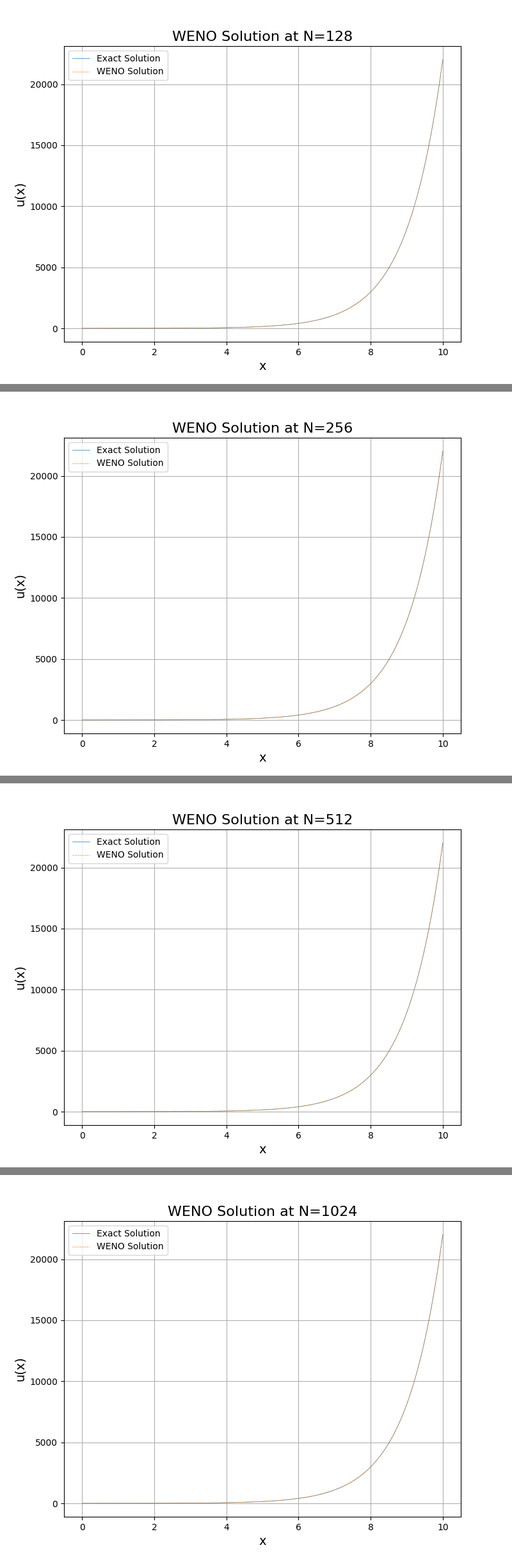
Repository: mishiroo/WENO
Script's output: python main.py
The author's editor kept a copy of each file at every save. The script's output is drawn from the files as they stood at one save, then again after the next save.
The pictures are shown at 64% of full size.
Each picture stacks the figures in order, with grey between them; figures that are only written to a file come last. Random numbers start from a fixed seed.

Above is the script's output before, as saved 2024-12-12 21:18:23.

### main.py
import WENO
import ErrorAnalysis as EA
import numpy as np

# 计算误差阶
# N: Num of cells 网格密度太大 机器误差会影响收敛
NList = [128, 256, 512, 1024]
# 存储计算结果
l2_err_list = []
linf_err_list = []
solution_list = []

for n in NList:
    mesh = WENO.Mesh(0, 10, n)  # 实例化的Mesh mesh.mesh访问网格本身
    mesh.SetTestAverageValues()
    theo_values = np.exp(mesh.mesh)
    weno = WENO.WENO1D(mesh=mesh.mesh, avg_values=mesh.avg_values, k=3)

    # weno5_solution = weno.Reconstruct()
    # 模板为5的计算结果
    # weno5_solution = weno.StencilReconstruct_all()
    weno.Reconstruct()
    # 处理边界条件
    weno.BoundaryTreatment(theo_values)
    weno5_solution = weno._solution

    # 统计误差
    linf_err_list.append(EA.LinfError(theo_values, weno5_solution))
    l2_err_list.append(EA.L2Error(theo_values, weno5_solution))
    solution_list.append(weno5_solution)
    # 绘图
    EA.Draw(mesh.mesh, theo_values, weno5_solution)

# np.save("k=5加权结果.npy", solution_list[0])

EA.SaveError("WENO5Error.xlsx", NList, l2_err_list, linf_err_list)

### WENO.py
import tqdm
import numpy as np
from typing import List


# 1D dimension
class WENO1D:

    def __init__(self, mesh: np.ndarray, avg_values: np.ndarray, k: int = 5) -> None:
        """初始化WENO类

        Args:
            mesh (np.ndarray): 网格剖分[lb,...ub]
            avg_values (np.ndarray): 网格剖分[lb,...ub]
            k (int, optional): 模板长度. Defaults to 3.
            Supported k=1, 2, 3, 5
        """
        assert np.size(mesh) - 1 == np.size(
            avg_values
        ), "len(mesh) == len(avg_values) + 1"
        self.avg_values = avg_values
        self.mesh = mesh

        self.order = 2 * k - 1
        self.lb = mesh[0]
        self.ub = mesh[-1]
        self.N = len(mesh) - 1  # Num of cells
        self.k = k  # Num of stencils

        self._solution = np.zeros(self.N + 1)  # 存储WENO重构结果
        self.stencil_solution = np.zeros(self.N + 1)  # 存储模板重构结果

        # 查表得到模板组合线性权
        if self.order == 1:
            self.weights_d = [1]
        elif self.order == 3:
            self.weights_d = [2 / 3, 1 / 3]
        elif self.order == 5:
            self.weights_d = [1 / 10, 3 / 5, 3 / 10]
            # 查表得到模板组合系数
            self.C = np.array(
                [
                    [1 / 3, -7 / 6, 11 / 6],
                    [-1 / 6, 5 / 6, 1 / 3],
                    [1 / 3, 5 / 6, -1 / 6],
                    [11 / 6, -7 / 6, 1 / 3],
                ]
            )
        elif self.order == 9:
            # 直接得到五阶模板 加权可以得到九阶模板
            self.weights_d = np.array([0, 0, 1, 0, 0])  # 书上没有对应权重 取中间的权重
            self.C = np.array(
                [
                    [1 / 5, -21 / 20, 137 / 60, -163 / 60, 137 / 60],
                    [-1 / 20, 17 / 60, -43 / 60, 77 / 60, 1 / 5],
                    [1 / 30, -13 / 60, 47 / 60, 9 / 20, -1 / 20],
                    [-1 / 20, 9 / 20, 47 / 60, -13 / 60, 1 / 30],
                    [1 / 5, 77 / 60, -43 / 60, 17 / 60, -1 / 20],
                    [137 / 60, -163 / 60, 137 / 60, -21 / 20, 1 / 5],
                ]
            )
        else:
            raise ValueError(
                "k must be 1, 2 or 3, 5(测试五阶算法用)"
            )  # 其他阶的系数论文没给，先不写

        self.PrintInfo()

    def PrintInfo(self):
        print(
            f"lb = {self.lb}, ub = {self.ub}, Stencil length = {self.k}, WENO order = {self.order} "
        )
        print(f"Num of cells = {self.N}, Num of Nodes = {self.N + 1} \n")

    def StencilReconstruct(self, index: int) -> List[float]:
        """根据模板进行重构 精度为k阶

        Args:
            index (int): 计算节点的位置索引

        Returns:
            List[float]: 不同模板上的重构结果
        """
        stencil_index = index - 1
        stencil_recons = np.zeros(self.k)  # 存储不同模板重构结果的值
        if stencil_index - self.k + 1 >= 0 and stencil_index + self.k - 1 <= self.N - 1:
            for i in range(self.k):
                stencil_recons[i] = np.inner(
                    self.C[i],
                    self.avg_values[
                        stencil_index - self.k + 1 + i : stencil_index + i + 1
                    ],
                )

        elif stencil_index - self.k + 1 < 0:
            for i in range(self.k):
                stencil_recons[i] = np.inner(
                    self.C[-1],
                    self.avg_values[stencil_index + 1 : stencil_index + self.k + 1],
                )

        elif stencil_index + self.k - 1 > self.N - 1:
            for i in range(self.k):
                stencil_recons[i] = np.inner(
                    self.C[0],
                    self.avg_values[stencil_index - self.k + 1 : stencil_index + 1],
                )
        return stencil_recons

    def SmoothIndicators(self, index: int) -> np.ndarray:
        """计算指示器

        Args:
            index (int): 索引

        Returns:
            np.ndarray: 平滑指示函数
        """
        assert self.k == 2 or self.k == 3, "SmoothIndicators only support k=3 NOW!"
        # 处理非法值
        if index < self.k - 1 or index > self.N - self.k:
            return self.weights_d
        else:
            if self.k == 2:
                beta0 = self.avg_values[index + 1] - self.avg_values[index]
                beta1 = self.avg_values[index] - self.avg_values[index - 1]
                return [beta0, beta1]
            elif self.k == 3:
                beta0 = (
                    13
                    / 12
                    * (
                        self.avg_values[index + 1]
                        - 2 * self.avg_values[index + 1]
                        + self.avg_values[index + 2]
                    )
                    ** 2
                )
                +1 / 4 * (
                    3 * self.avg_values[index]
                    - 4 * self.avg_values[index + 2]
                    + self.avg_values[index + 2]
                ) ** 2
                beta1 = (
                    13
                    / 12
                    * (
                        self.avg_values[index - 1]
                        - 2 * self.avg_values[index]
                        + self.avg_values[index + 1]
                    )
                    ** 2
                )
                +1 / 4 * (self.avg_values[index - 1] - self.avg_values[index + 1]) ** 2
                beta2 = (
                    13
                    / 12
                    * (
                        self.avg_values[index - 2]
                        - 2 * self.avg_values[index - 1]
                        + self.avg_values[index]
                    )
                    ** 2
                )
                +1 / 4 * (
                    3 * self.avg_values[index]
                    - 4 * self.avg_values[index - 1]
                    + self.avg_values[index - 2]
                ) ** 2
            return [beta0, beta1, beta2]

    def FormWeights(self, index: int, eps=1e-6) -> np.ndarray:
        """计算归一化权重

        Args:
            index (int): 索引

        Returns:
            np.ndarray: 权重
        """
        alpha = np.zeros(self.k)
        beta = self.SmoothIndicators(index)
        for i in range(self.k):
            alpha[i] = self.weights_d[i] / (eps + beta[i]) ** 2
        return alpha / np.sum(alpha)

    def NodeReconstruct(self, index: int, eps=1e-6) -> float:
        """WENO加权后的重构 精度为2k-1阶 针对节点进行重构

            返回指定索引的WENO重构结果

        Args:
            index (int): 索引
            eps (_type_, optional): eps参数. Defaults to 1e-6.

        Returns:
            float: 插值结果
        """
        weights = self.FormWeights(index, eps=eps)
        return np.inner(self.weights_d, self.StencilReconstruct(index))

    def Reconstruct(self, eps=1e-6):
        """WENO加权后的重构 精度为2k-1阶 针对区间进行重构

            返回区间上每个节点的WENO重构结果

        Args:
            eps (_type_, optional): eps参数. Defaults to 1e-6.
        """
        for i in tqdm.tqdm(range(self.N + 1)):
            self._solution[i] = self.NodeReconstruct(i, eps=eps)
        return self._solution

    def StencilReconstruct_all(self) -> np.ndarray:
        """精度为2k-1阶 调用StencilReconstruct 针对区间进行重构

            返回区间所有节点使用模板重构结果(收敛阶为模板长度)

        Returns:
            np.ndarray: 重构结果
        """
        for i in range(self.N + 1):
            self.stencil_solution[i] = np.inner(
                self.weights_d, self.StencilReconstruct(i)
            )
        return self.stencil_solution

    def BoundaryTreatment(self, theo_values: np.ndarray) -> None:
        """边界处理: 把遇到的不完整模板计算结果全部用精确值代替

        Args:
            theo_values (np.ndarray): 理论值
        """
        for i in range(self.k):
            # 前k个点
            self._solution[i] = theo_values[i]
            # 后k个点
            self._solution[self.N - i] = theo_values[self.N - i]


class Mesh:
    def __init__(self, lb: float, ub: float, N: int) -> None:
        """初始化网格

        Args:
            lb (float): 左边界
            ub (float): 右边界
            N (int): cells数量
        """
        self.lb = lb
        self.ub = ub
        self.N = N
        self.mesh = np.linspace(lb, ub, N + 1)
        self.avg_values = np.zeros(N)  # Initialize avg_values

    def BindAverageValues(self, avg_values: List[float]) -> None:
        """绑定平均值

        Args:
            avg_values (List[float]): 平均值
        """
        assert len(avg_values) == self.N, "avg_values length must be N"
        self.avg_values = avg_values

    def SetTestAverageValues(self):
        """测试用例
        func = e^x
        设置精确的单元格积分均值
        """
        for i in range(self.N):
            integrate = np.exp(self.mesh[i + 1]) - np.exp(self.mesh[i])
            self.avg_values[i] = integrate / (self.mesh[i + 1] - self.mesh[i])

### ErrorAnalysis.py
# 分析计算结果的收敛阶 绘制计算效果图
import numpy as np
import pandas as pd
from typing import List
from matplotlib import pyplot as plt


def AccuracyOrder(N1: int, N2: int, Error1: int, Error2: int) -> float:
    """给定两组剖分和计算结果，计算收敛阶

    Args:
        N1 (int): 第一次剖分的网格数
        N2 (int): 第二次剖分的网格数
        Error1 (int): 第一次剖分的误差
        Error2 (int): 第二次剖分的误差

    Returns:
        float: 收敛阶
    """
    return np.log(Error1 / Error2) / np.log(N2 / N1)


def AccuracyOrders(NList: List[int], ErrorList: List[float]) -> np.ndarray:
    """对两组及以上剖分结果进行收敛阶分析 返回长度为len(NList)第一个元素为None的收敛阶数组
    输入参数是Num of cells
    Args:
        NList (List[int]): 网格剖分参数列表
        ErrorList (List[float]): 误差结果列表

    Returns:
        np.ndarray: 收敛阶列表
    """
    assert len(NList) == len(
        ErrorList
    ), f"length of NList and ErrorList must be equal, but {len(NList)} and {len(ErrorList)} are given"
    orderList = np.zeros(len(NList))
    orderList[0] = None
    for i in range(1, len(NList)):
        orderList[i] = AccuracyOrder(
            NList[i], NList[i - 1], ErrorList[i], ErrorList[i - 1]
        )
    return orderList


def AccuracyOrders_h(hList: List[float], ErrorList: List[float]) -> np.ndarray:
    """对两组及以上剖分结果进行收敛阶分析 返回长度为len(hList)第一个元素为None的收敛阶数组
    输入参数是剖分长度
    Args:
        hList (List[int]): 网格剖分长度列表
        ErrorList (List[float]): 误差结果列表

    Returns:
        np.ndarray: 收敛阶列表
    """
    N = [int(1/h) for h in hList]
    return AccuracyOrders(N, ErrorList)


def SaveError(
    fn: str, NList: List[int], L2ErrorList: List[float], LinfErrorList: List[float]
) -> None:
    """保存误差结果

    Args:
        fn (str): 保存文件名
        NList (List[int]): 网格剖分参数列表
        ErrorList (List[float]): 误差结果列表
    """
    ac_orders_l2 = AccuracyOrders(NList, L2ErrorList)
    ac_orders_linf = AccuracyOrders(NList, LinfErrorList)
    # 保存计算结果
    data = {
        "N": NList,
        "L2Error": L2ErrorList,
        "L2Order": ac_orders_l2,
        "LInfError": LinfErrorList,
        "LInfOrder": ac_orders_linf,
    }
    df = pd.DataFrame(data)
    df.to_excel(fn, index=False)
    # 打印误差
    print(f"l2 err accuracy order: {ac_orders_l2}")
    print(f"linf err accuracy order: {ac_orders_linf}")


def L2Error(analytical: List[float], numerical: List[float]) -> float:
    """计算L2误差

    Args:
        analytical (List[float]): 解析解
        numerical (List[float]): 数值解

    Returns:
        float: L2误差
    """
    return np.sqrt(np.sum([(a - n) ** 2 for a, n in zip(analytical, numerical)]))


def LinfError(analytical: List[float], numerical: List[float]) -> float:
    """计算Linf误差

    Args:
        analytical (List[float]): 解析解
        numerical (List[float]): 数值解

    Returns:
        float: Linf误差
    """
    return max([abs(a - n) for a, n in zip(analytical, numerical)])


def Draw(
    mesh: np.ndarray,
    theo_values: np.ndarray,
    weno_values: np.ndarray,
    show=False,
    fn: str = None,
):
    """只绘制剖分为N的精确值与数值解对比图

    Args:
        mesh (np.ndarray): 剖分网格
        theo_values (np.ndarray): 理论值
        weno_values (np.ndarray): WENO求解结果
        show(Bool, optional): 是否显示图形. Defaults to False.
        fn (str, optional): 保存文件名. Defaults to None.
    """
    N = mesh.size - 1
    # 创建图形
    plt.figure(figsize=(8, 6))

    # 绘制理论值
    plt.plot(
        mesh,
        theo_values,
        label="Exact Solution",
        linestyle="-",
        linewidth=0.5,
    )
    # 绘制WENO数值解
    plt.plot(
        mesh,
        weno_values,
        label="WENO Solution",
        linestyle="--",
        linewidth=0.5,
    )
    # 设置标题和标签

    plt.title(f"WENO Solution at N={N}", fontsize=16)
    plt.xlabel("x", fontsize=14)
    plt.ylabel("u(x)", fontsize=14)

    # 显示图例
    plt.legend()

    # 显示网格
    plt.grid(True)
    if fn is not None:
        plt.savefig(f"figures/{fn}.png")
    else:
        plt.savefig(f"figures/WENO5-N={N}.png")
    # 展示图形
    if show:
        plt.show()

After the next save:
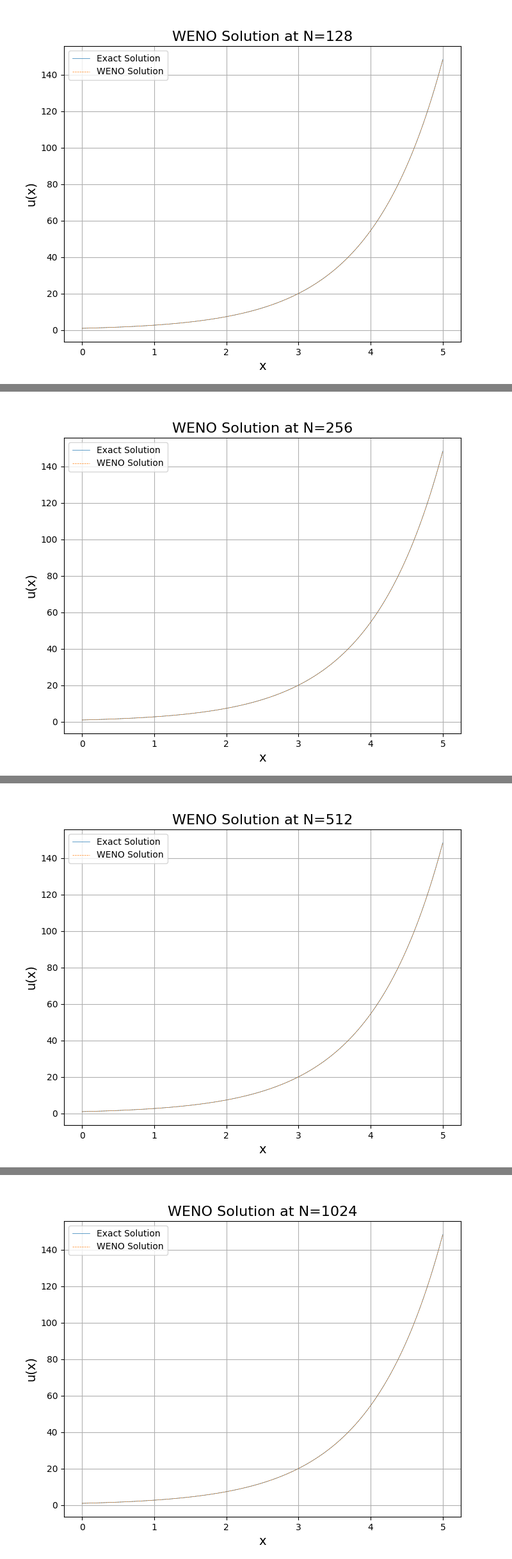
Saved 22 s later.
--- a/main.py
+++ b/main.py
@@ -11,7 +11,7 @@ linf_err_list = []
 solution_list = []
 
 for n in NList:
-    mesh = WENO.Mesh(0, 10, n)  # 实例化的Mesh mesh.mesh访问网格本身
+    mesh = WENO.Mesh(0, 5, n)  # 实例化的Mesh mesh.mesh访问网格本身
     mesh.SetTestAverageValues()
     theo_values = np.exp(mesh.mesh)
     weno = WENO.WENO1D(mesh=mesh.mesh, avg_values=mesh.avg_values, k=3)
